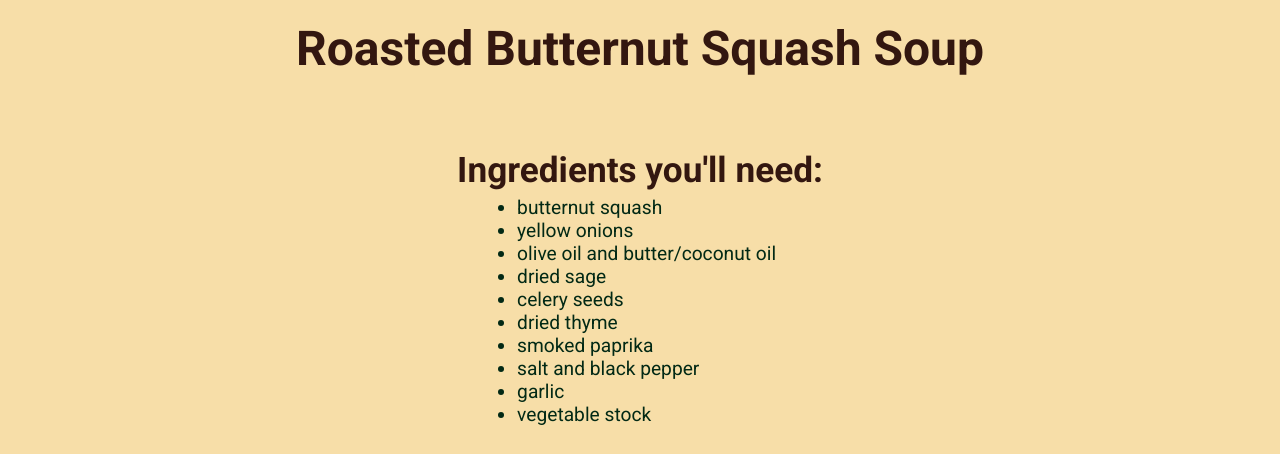
Repository: IDMX225/css-card-flip-LyssaMA
Page: src/index.html
The author's editor kept a copy of each file at every save. The page is drawn from the files as they stood at one save, then again after the next save.
The browser window is 1280 px wide. The pictures show the part of the page from y = 0 to 454 px (the page is 928 px tall before and 904 px after).
Pictures or frames that could not be fetched are drawn as grey boxes. The style sheet was rebuilt from its Sass, Less or Tailwind sources for each picture, by a compiler version that may differ from the author's.

Above is the page before, as saved 2024-11-12 22:42:24.
Not found: src/js/index.js

After the next save:
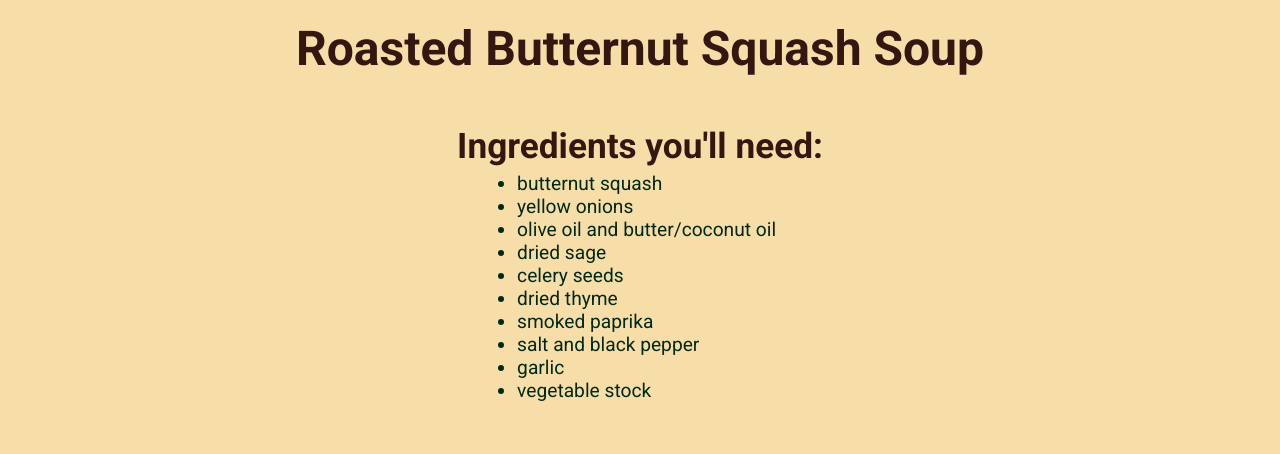
Saved 4 min 37 s later.
--- a/src/sass/main.scss
+++ b/src/sass/main.scss
@@ -26,13 +26,13 @@ body {
   background-color: #f7dea8;
 }
 
-/* Title Above the Card */
+/* Title Above Card */
 .title-above-card {
   font-family: var(--font-family);
   font-size: 3rem;
   font-weight: var(--fw-bold);
   text-align: center;
-  margin-bottom: 1.5em;
+  margin-bottom: 1em;
   color: #331710;
 }
 
@@ -107,7 +107,7 @@ body {
 /* Front of the Card */
 .card__front {
   background-color: var(--clr);
-  color: #034d28;
+  color: #022c17;
   padding: 1.5em;
   border-radius: 12px;
   box-shadow: 0 8px 16px rgba(0, 0, 0, 0.3);
